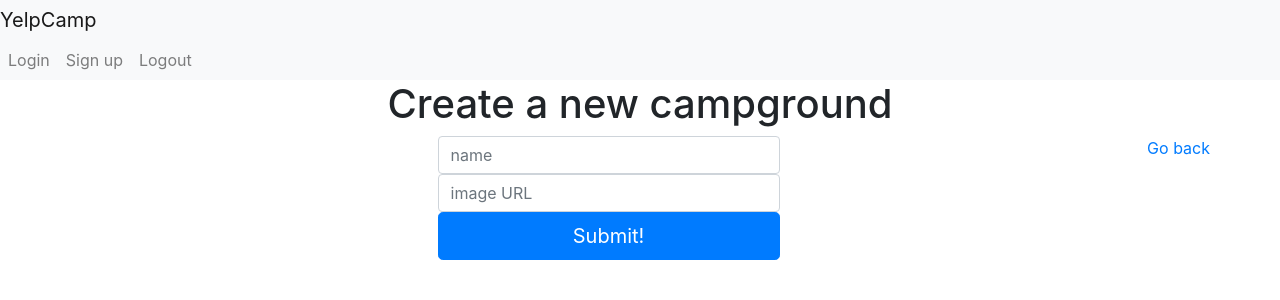
Repository: DevIvanVarela/the-web-developer-bootcamp
Page: http://localhost/campgrounds/new
The author's editor kept a record of every edit. The page is drawn from the files as they stood at one moment, then again after the next edit.
The browser window is 1280 px wide. The pictures show the whole page.
The page is served by the project's Node server (YelpCamp/v1/app.js).

Above is the page before.

After the next edit:
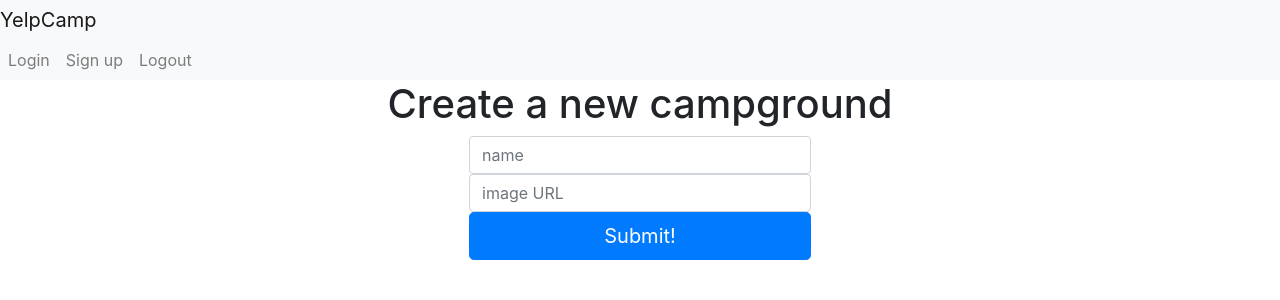
The edit:
--- a/workspace/YelpCamp/v1/views/new.ejs
+++ b/workspace/YelpCamp/v1/views/new.ejs
@@ -15,7 +15,7 @@
                 </div>
             </form>
         </div>
-        <a href="/campgrounds">Go back</a>
     </div>
+
 </div>
 <% include partials/footer %>
